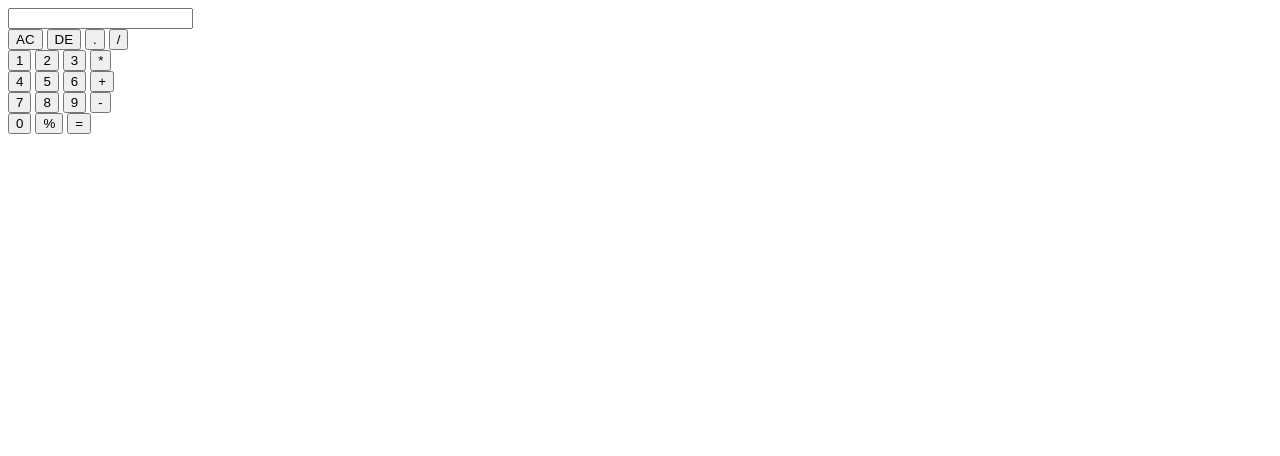
Repository: jerrys-arch/web-calculator
Page: index.html
These files come from the project's save history. The page is drawn as it stood at one moment and after a run of saves; the edit follows.
The browser window is 1280 px wide. The pictures show the whole page.

Above is the page before, as saved 2024-11-30 04:53:55.

After the next 2 saves:
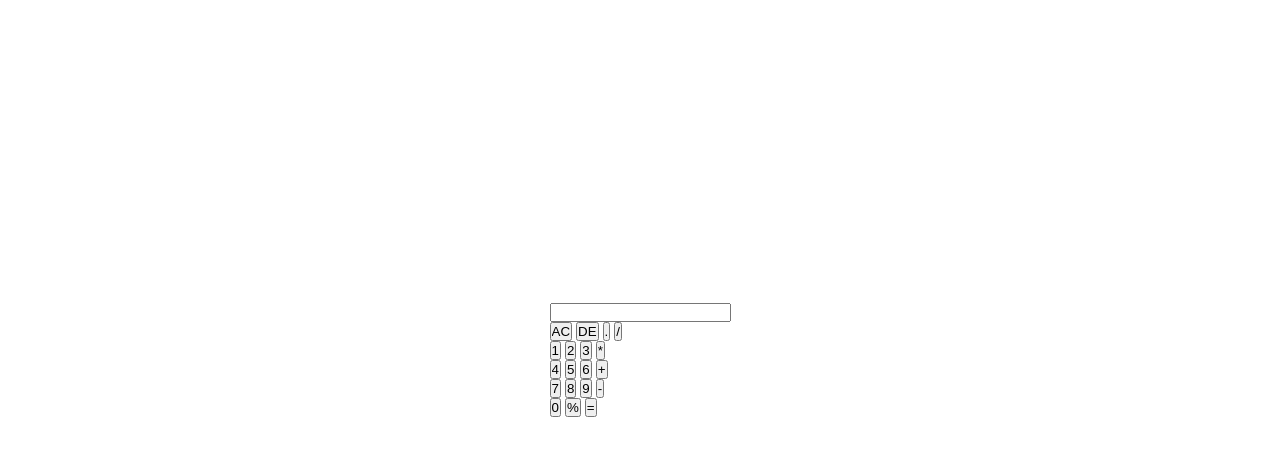
The 2 saves are shown as one change because they came seconds apart.
The last was saved 7 s later.
--- a/index.html
+++ b/index.html
@@ -4,7 +4,7 @@
     <meta charset="UTF-8">
     <meta name="viewport" content="width=device-width, initial-scale=1.0">
     <title>calculator</title>
-    <link rel="stylesheet" href=""
+    <link rel="stylesheet" href="styles.css">
 </head>
 <body>
     <div class="container">
